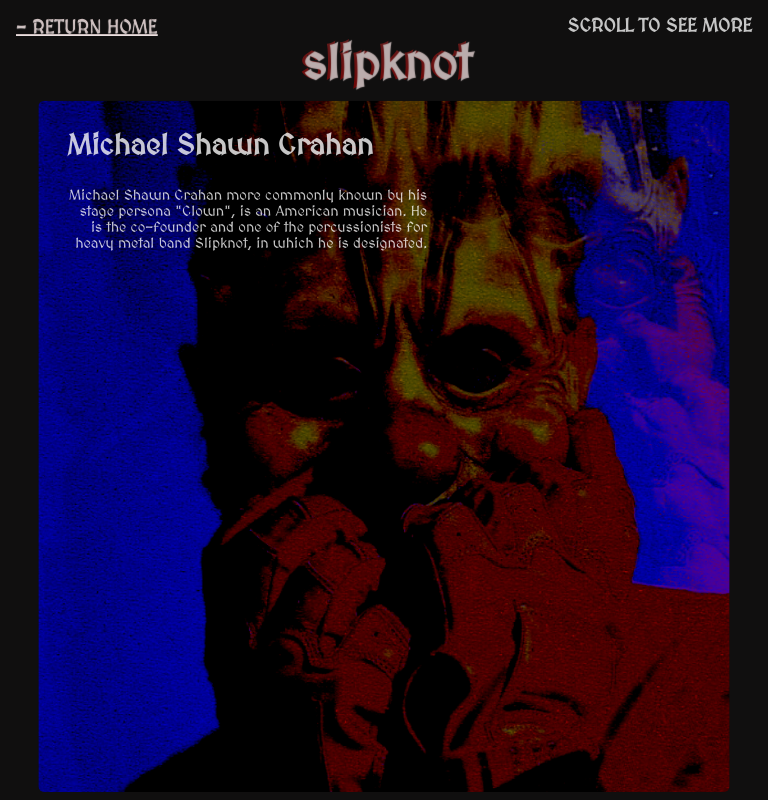
Repository: larissioana/artist-portfolio
Page: /band
An editor plug-in stored every save of this project. The page is shown before and after the next save, followed by the edit.
The browser window is 768 px wide. The pictures show the whole page.
The project was rebuilt for these pictures with package versions that can differ from the ones it lists, and the page was loaded fresh each time. Also part of the build but not shown: vite.config.js, src/components/albums/albums.scss, src/utils/discography.js, src/components/modal/modal.scss, src/components/pageTransition/PageTransition.jsx, src/components/modal/Modal.jsx, src/components/albums/AlbumsPage.jsx, src/components/navigation/navigation.scss and 10 more.

Above is the page before, as saved 2024-11-04 11:02:33.

### index.html
<!doctype html>
<html lang="en">
  <head>
    <meta charset="UTF-8" />
    <link rel="icon" type="image/svg+xml" href="/public/img.png" />
    <meta name="viewport" content="width=device-width, initial-scale=1.0" />
    <link rel="preconnect" href="https://fonts.gstatic.com" crossorigin>
    <link rel="stylesheet" href="/src//index.css">
    <link href="https://fonts.googleapis.com/css2?family=MedievalSharp&display=swap" rel="stylesheet">
    <link rel="stylesheet" href="https://fonts.googleapis.com/css2?family=Material+Symbols+Outlined:opsz,wght,FILL,GRAD@20..48,100..700,0..1,-50..200" />
    <title>Artist Portfolio</title>
  </head>
  <body>
    <div id="root"></div>
    <script type="module" src="/src/main.jsx"></script>
  </body>
</html>

### src/index.css
*
{
  margin: 0;
  padding: 0;
  box-sizing: border-box;
  scrollbar-width: none;
}

body
{
  overflow-x: hidden;
  font-family: "MedievalSharp", cursive;
  background: rgb(16, 15, 15);
  color: rgb(198, 198, 198);
  scrollbar-width: none;
}

::-webkit-scrollbar {
 display: none;
}

img
{
  image-rendering: -webkit-optimize-contrast;
}

.link
{
  color: inherit;
  font-size: 1.2rem;
  text-transform: uppercase;
  color: rgb(205, 190, 190);
  text-shadow: 0px 1px 1px rgb(233, 223, 223);
}

### src/App.jsx
import { BrowserRouter, Routes, Route } from 'react-router-dom'
import AlbumsPage from './components/albums/AlbumsPage'
import Homepage from './components/homepage/Homepage'
import Tour from './components/tour/Tour'
import Films from './components/films/Films'
import { AnimatePresence } from 'framer-motion'
import PageTransition from './components/pageTransition/PageTransition'
import Band from './components/band/Band'

function App() {
  return (
    <BrowserRouter>
      <AnimatePresence layout="crossfade">
        <Routes>
          <Route path="/" element={<PageTransition><Homepage /></PageTransition>} />
          <Route path="/discography" element={<AlbumsPage />} />
          <Route path="/tour" element={<Tour />} />
          <Route path="/films" element={<Films />} />
          <Route path="/band" element={<Band />} />
        </Routes>
      </AnimatePresence>
    </BrowserRouter>
  )
}

export default App

### src/components/band/Band.jsx
import { useEffect, useRef, useState } from 'react'
import './band.css'
import { gsap } from 'gsap'
import { band } from '../../utils/band';
import Title from '../title/Title';
import { Link } from 'react-router-dom';

const Band = () => {
    const [currentSlide, setCurrentSlide] = useState(0);
    const slideRef = useRef([]);

    const handleScroll = (e) => {
        e.preventDefault();
        const { deltaY } = e;

        if (deltaY > 0) {
            setCurrentSlide((prev) => Math.min(prev + 1, band.length - 1))
        } else if (deltaY < 0) {
            setCurrentSlide((prev) => Math.max(prev - 1, 0))
        }
    };

    useEffect(() => {
        slideRef.current.forEach((slide, index) => {
            const isActive = index === currentSlide;
            gsap.to(slide, {
                scale: isActive ? 0.9 : 1,
                zIndex: isActive ? 10 : 1,
                duration: 0.5,
                ease: "power2.out",
                transform: `translateY(${(index - currentSlide) * 100}%)`
            })
        })
    }, [currentSlide]);

    useEffect(() => {
        window.addEventListener('wheel', handleScroll, { passive: false });
        return () => {
            window.removeEventListener('wheel', handleScroll);
        };
    }, []);

    return (
        <div className="band-container">
            <div className="band-link">
                <Link to="/" className="link"> {"- Return home"}</Link>
            </div>
            <div className="scroll">
                <h3>Scroll to see more</h3>
            </div>
            <div className="title-link">
                <Title />
            </div>
            {
                band.map((artist, index) => {
                    return <div
                        key={artist.id}
                        ref={(el) => (slideRef.current[index] = el)}
                        className="slide"
                        style={{
                            position: 'absolute',
                            top: 0,
                            left: 0,
                            width: '100%',
                            height: '100%',
                            display: 'flex',
                            borderRadius: ".4rem",
                            justifyContent: 'center',
                            alignItems: 'center',
                            zIndex: index === currentSlide ? 10 : 1,
                            opacity: index === currentSlide ? 1 : 0,
                        }}
                    >
                        <img src={artist.img} alt={artist.name} />
                        <h1>{artist.name}</h1>
                        <p>{artist.description}</p>
                    </div>
                })
            }
        </div>
    )
}

export default Band

### src/components/title/Title.jsx
import { useState, useEffect } from 'react'
import { Link, useLocation } from 'react-router-dom'
import './title.css'

const Title = () => {
    const [isScrolling, setIsScrolling] = useState(false);
    const location = useLocation();
    const pathname = location.pathname;

    useEffect(() => {
        const handleScroll = () => {
            if (window.scrollY > 40) {
                setIsScrolling(true);
            } else {
                setIsScrolling(false);
            }
        };
        window.addEventListener('scroll', handleScroll);
        return () => {
            window.removeEventListener('scroll', handleScroll);
        };
    }, []);

    return (
        <div className="title">
            <Link to="/" className="logo" style={{
                fontSize: isScrolling ? "2rem" : "3rem",
                textShadow: pathname === '/' ? " 3px 1px 1px rgb(172, 14, 14)" : "",
                marginTop: pathname === '/band' ? "2rem" : ""
            }}>Slipknot</Link>
        </div>
    )
}

export default Title

### src/components/band/band.css
.band-container
{
    position: relative;
    height: 100vh;
    overflow: hidden;
    width: 100%;
}

.band-link
{
    position: absolute;
    top: 1rem;
    left: 1rem;
    z-index: 99;
}

.scroll
{
    position: absolute;
    right: 1rem;
    top: 1rem;
}

.scroll h3
{
    text-transform: uppercase;
}

.slide
{
    transition: transform 0.5s ease, opacity 0.5s ease;
    padding-top: 2rem;
}

.slide img
{
    width: 100%;
    height: 100%;
    object-fit: cover;
    object-position: top;
    border-radius: .4rem;
}

.slide h1
{
    position: absolute;
    top: 4rem;
    left: 2rem;
    mix-blend-mode: screen;
}

.slide p
{
    position: absolute;
    top: 8rem;
    left: 2rem;
    max-width: 400px;
    text-align: end;
    font-size: clamp(1rem, 2vw, 1.1rem);
    mix-blend-mode: screen;
}

@media screen and (max-width: 768px)
{
    .slide
    {
        margin-top: 2rem;
    }

    .title-link
    {
        margin-top: 0rem;
    }
}

### src/utils/band.js
import shawn from '../assets/shawn.png'
import corey from '../assets/corey.png'
import jim from '../assets/jim.png'
import mick from '../assets/mick.png'
import sid from '../assets/sid.png'
import pfaff from '../assets/pfaff.png'
import alessandro from '../assets/alessandro.png'
import eloy from '../assets/eloy.png'

export const band = [
    {
        id: 1,
        name: "Michael Shawn Crahan",
        description: 'Michael Shawn Crahan more commonly known by his stage persona "Clown", is an American musician. He is the co-founder and one of the percussionists for heavy metal band Slipknot, in which he is designated.',
        img: shawn
    },
    {
        id: 2,
        name: "Corey Todd Taylor",
        description: "Corey Todd Taylor is an American musician, songwriter, author and actor. He is the lead vocalist of the heavy metal band Slipknot, in which he is designated, as well as the lead vocalist, guitarist, lyricist, and sole continuous member of the rock band Stone Sour.",
        img: corey
    },
    {
        id: 3,
        name: "James Donald Root",
        description: "James Donald Root is an American guitarist. He is one of two guitarists for heavy metal band Slipknot, in which he is designated, as well as the former lead guitarist for rock band Stone Sour.",
        img: jim
    },
    {
        id: 4,
        name: 'Mick Thomson',
        description: 'Mickael Gordon "Mick" Thomson is an American musician. He is one of two guitarists for the heavy metal band Slipknot, in which he is designated.',
        img: mick
    },
    {
        id: 5,
        name: "Sid Wilson",
        description: "Sidney George Wilson is an American DJ and keyboardist. He is the turntablist for the heavy metal band Slipknot, in which he is designated.",
        img: sid
    },
    {
        id: 6,
        name: "Michael Pfaff",
        description: "Michael Pfaff also known as Tortilla Man, is an American musician, best known as one of the two current percussionists of heavy metal band Slipknot. He was also a member of the alternative rock band Dirty Little Rabbits as their keyboardist with Slipknot bandmate Shawn Crahan.",
        img: pfaff
    },
    {
        id: 7,
        name: "Alessandro Venturella",
        description: `Alessandro "Alex" Giovanni Venturella is a British musician who is the current bassist for American heavy metal band Slipknot. He previously has served as a lead guitarist for Krokodil and Cry for Silence. Earlier in his career, he was the touring guitar tech for Mastodon's Brent Hinds, Coheed and Cambria, Architects, and Fightstar.`,
        img: alessandro
    },
    {
        id: 8,
        name: "Eloy Casagrande",
        description: "Eloy Casagrande is a Brazilian musician, best known as the former drummer of Brazilian heavy metal band Sepultura. He is currently the drummer of Slipknot and Casagrande & Hanysz.",
        img: eloy
    }
]

### src/components/title/title.css
.title
{
    display: flex;
    justify-content: center;
    align-items: center;
    position: fixed;
    top: 0.3rem;
    left: 50%;
    transform: translateX(-50%);
    z-index: 99;
}
    .logo
    {
      background: linear-gradient(180deg, rgb(98, 28, 28), rgb(110, 3, 3));
      text-transform: lowercase;
      transition: all .5s ease-in;
      -webkit-background-clip: text;
      background-clip: text;
      color: transparent;
      font-weight: bolder;
      text-decoration: none;
      text-shadow: 3px 1px 1px rgb(172, 14, 14);
      text-shadow: 3px 1px 1px rgb(186, 172, 172);
    }

### src/components/header/header.scss
.header-img
{
  object-fit: cover;
  width: 100%;
  position: absolute;
  object-position: right;
  top: 0;
  left: 0;
  z-index: -1;
  height: 105vh;
}
.description
{
  width: 100%;
  overflow: hidden;
  white-space: nowrap;
  padding: 1rem;
  position: absolute;
  top: 80%;
  transform: translateY(-80%);
  color: rgb(242, 239, 239);
div
{
  display: inline-flex;
  align-items: center;
  font-weight: bolder;
  gap: 1rem;
  min-width: 200%;
  font-size: clamp(1rem, 2vw, 2.5rem);
  text-align: center;
  animation: slide 20s linear infinite;
  mix-blend-mode: multiply;
}
}

.btn
{
    border: 1px solid #7b7b7b;
    border-radius: 5rem 10rem;
    color: rgb(236, 234, 234);
    background: linear-gradient(to right, rgba(0, 0, 0, 0.6), rgb(39, 37, 38));
    backdrop-filter: blur(8px);
    font-weight: bolder;
    text-transform: capitalize;
    font-size: 1rem;
    padding: 1rem;
    cursor: pointer;
    position: absolute;
    bottom: 1rem;
    left: 1rem;
    transition: background .3s ease-in;
    &:hover
    {
      background: rgb(29, 29, 29);
    }
}


@keyframes slide
{
    0% {
      transform: translateX(0%);
    }
    100% {
      transform: translateX(-50%);
    }
}

@media screen and (max-width: 600px)
{
  .title
  {
    top: 4rem
  }
}

Loaded but not shown: src/main.jsx (common file)

After the next save:
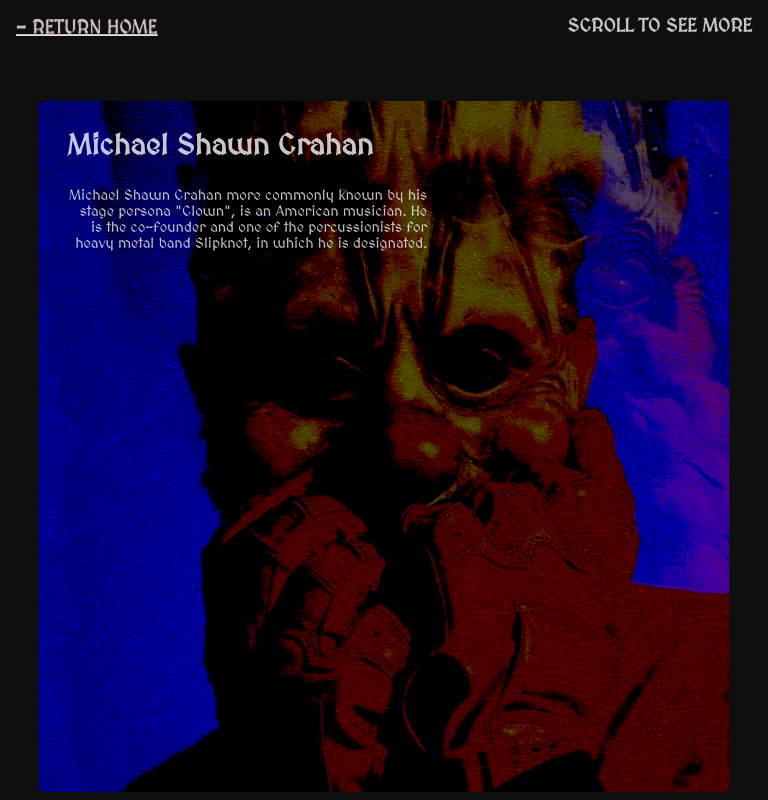
Saved 6 s later.
--- a/src/components/band/band.css
+++ b/src/components/band/band.css
@@ -69,6 +69,6 @@
 
     .title-link
     {
-        margin-top: 0rem;
+        display: none;
     }
 }
